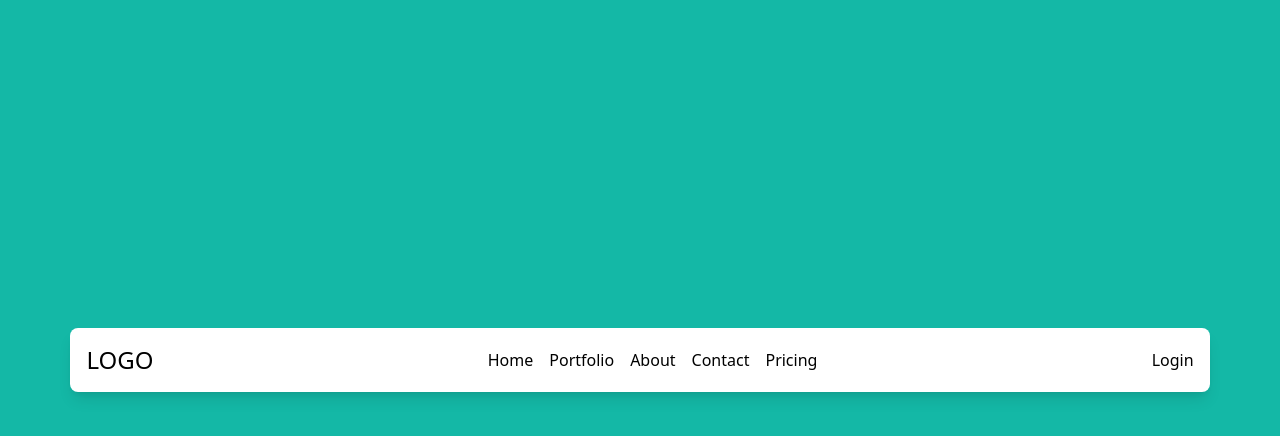
Repository: DevAntonioRogers/react-modal-with-dialog
Page: /
An editor plug-in stored every save of this project. The page is shown before and after the next save, followed by the edit.
The browser window is 1280 px wide. The pictures show the whole page.
The project was rebuilt for these pictures with package versions that can differ from the ones it lists, and the page was loaded fresh each time. Also part of the build but not shown: vite.config.ts.

Above is the page before, as saved 2023-05-10 08:46:33.

### src/App.tsx
function App() {
  return (
    <div className="flex items-center justify-center w-screen h-screen bg-teal-500">
      <nav className="flex justify-between items-center p-4 w-[89%] bg-white m-auto rounded-lg shadow-lg">
        <div>
          <h1 className="text-2xl bold">LOGO</h1>
        </div>

        <ul className="flex items-center gap-4">
          <li>
            <a href="#">Home</a>
          </li>
          <li>
            <a href="#">Portfolio</a>
          </li>
          <li>
            <a href="#">About</a>
          </li>
          <li>
            <a href="#">Contact</a>
          </li>
          <li>
            <a href="#">Pricing</a>
          </li>
        </ul>

        <div>
          <button>Login</button>
        </div>
      </nav>
    </div>
  );
}

export default App;

Loaded but not shown: index.html (common file); src/main.tsx (common file); src/index.css (common file); tailwind.config.js (common file)

After the next save:
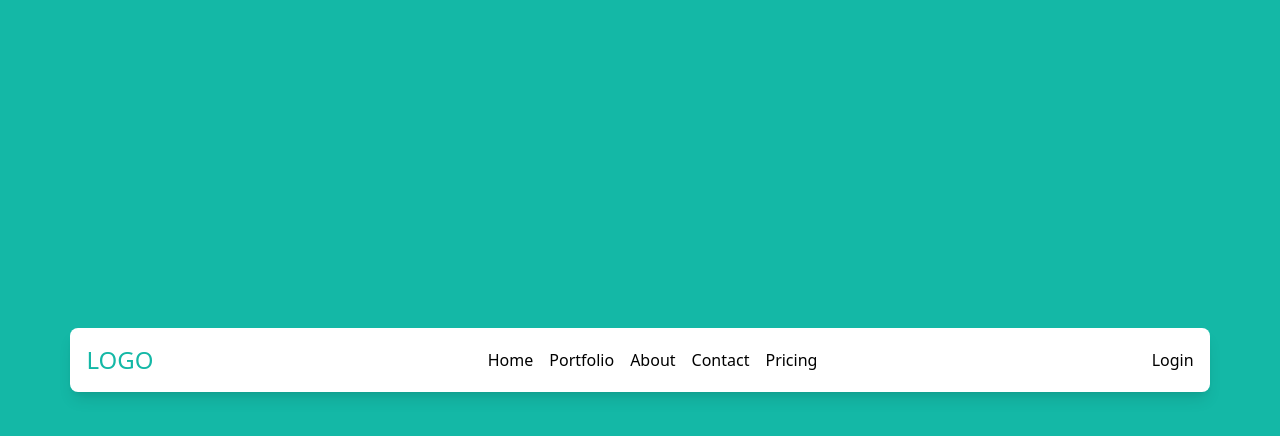
Saved 18 s later.
--- a/src/App.tsx
+++ b/src/App.tsx
@@ -3,7 +3,7 @@ function App() {
     <div className="flex items-center justify-center w-screen h-screen bg-teal-500">
       <nav className="flex justify-between items-center p-4 w-[89%] bg-white m-auto rounded-lg shadow-lg">
         <div>
-          <h1 className="text-2xl bold">LOGO</h1>
+          <h1 className="text-2xl text-teal-500">LOGO</h1>
         </div>
 
         <ul className="flex items-center gap-4">
